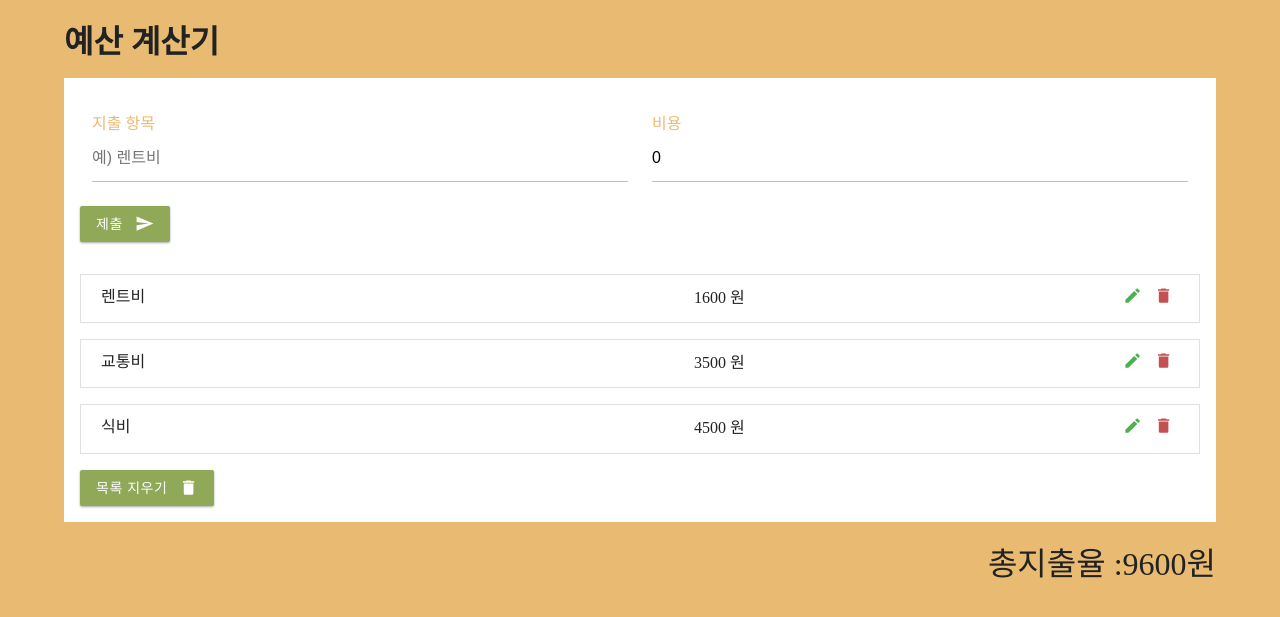
Repository: jongheonleee/budget_calculator
Page: /
An editor plug-in stored every save of this project. The page is shown before and after the next save, followed by the edit.
The browser window is 1280 px wide. The pictures show the whole page.
The project was rebuilt for these pictures with package versions that can differ from the ones it lists, and the page was loaded fresh each time. Also part of the build but not shown: src/components/Alert.css, src/components/Alert.js.

Above is the page before, as saved 2025-02-11 10:09:16.

After the next save:
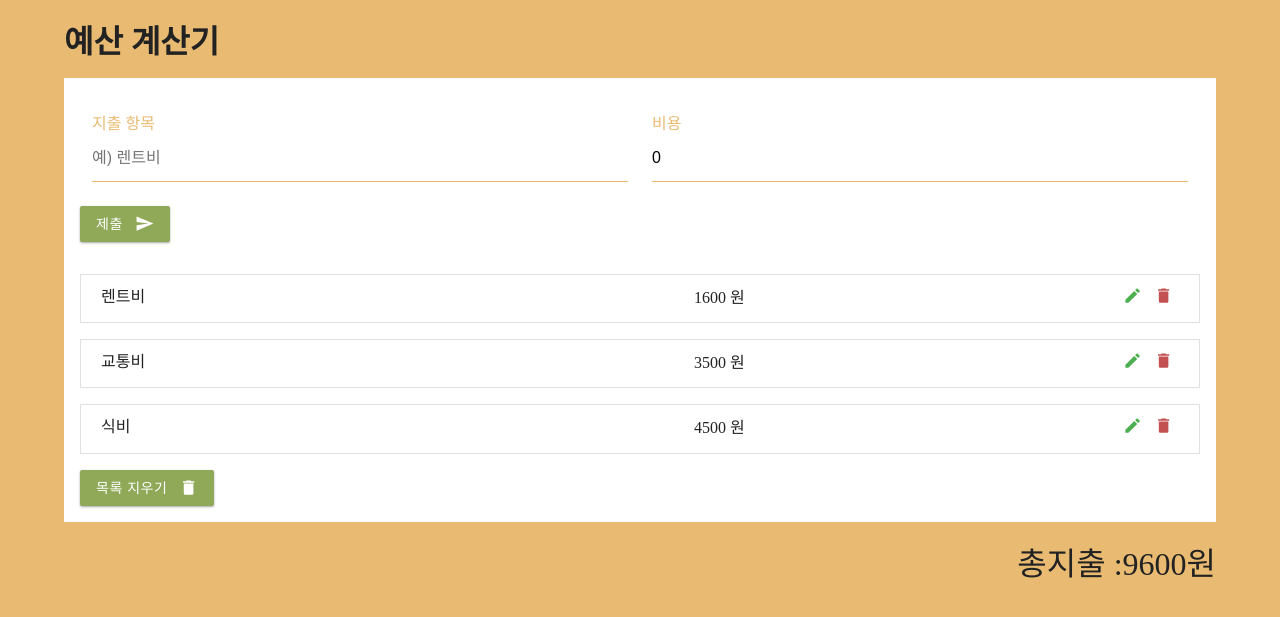
Saved 34 s later.
--- a/src/App.js
+++ b/src/App.js
@@ -102,8 +102,9 @@ const App = () => {
 
         <div style={{ display : 'flex', justifyContent: 'end', marginTop: '1rem'}}>
           <p style={{ fontSize : '2rem'}}>
-            총지출율 :
+            총지출 :
             <span>
+              {/* 총 지출 계산 -> reduce(), 0은 초기값을 의미 */}
               {expenses.reduce((acc, curr) => {
                 return (acc + curr.amount);
               }, 0)}
